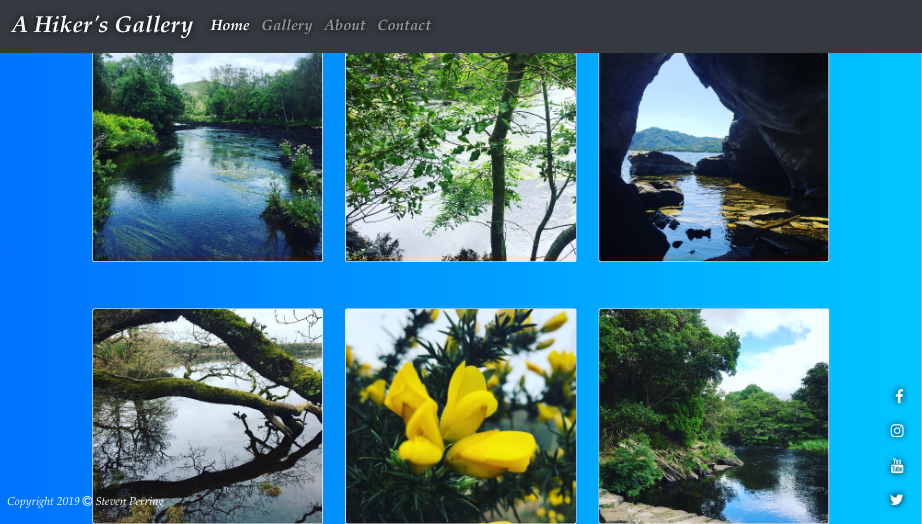
Repository: S-Perring/hiker
Page: gallery.html
The author's editor kept a record of every edit. The page is drawn from the files as they stood at one moment, then again after the next edit.
The browser window is 1280 px wide. The pictures show the whole page, at 72% of full size.
Some web fonts or font styles are not loaded; a fallback is used.

Above is the page before.

After the next edit:
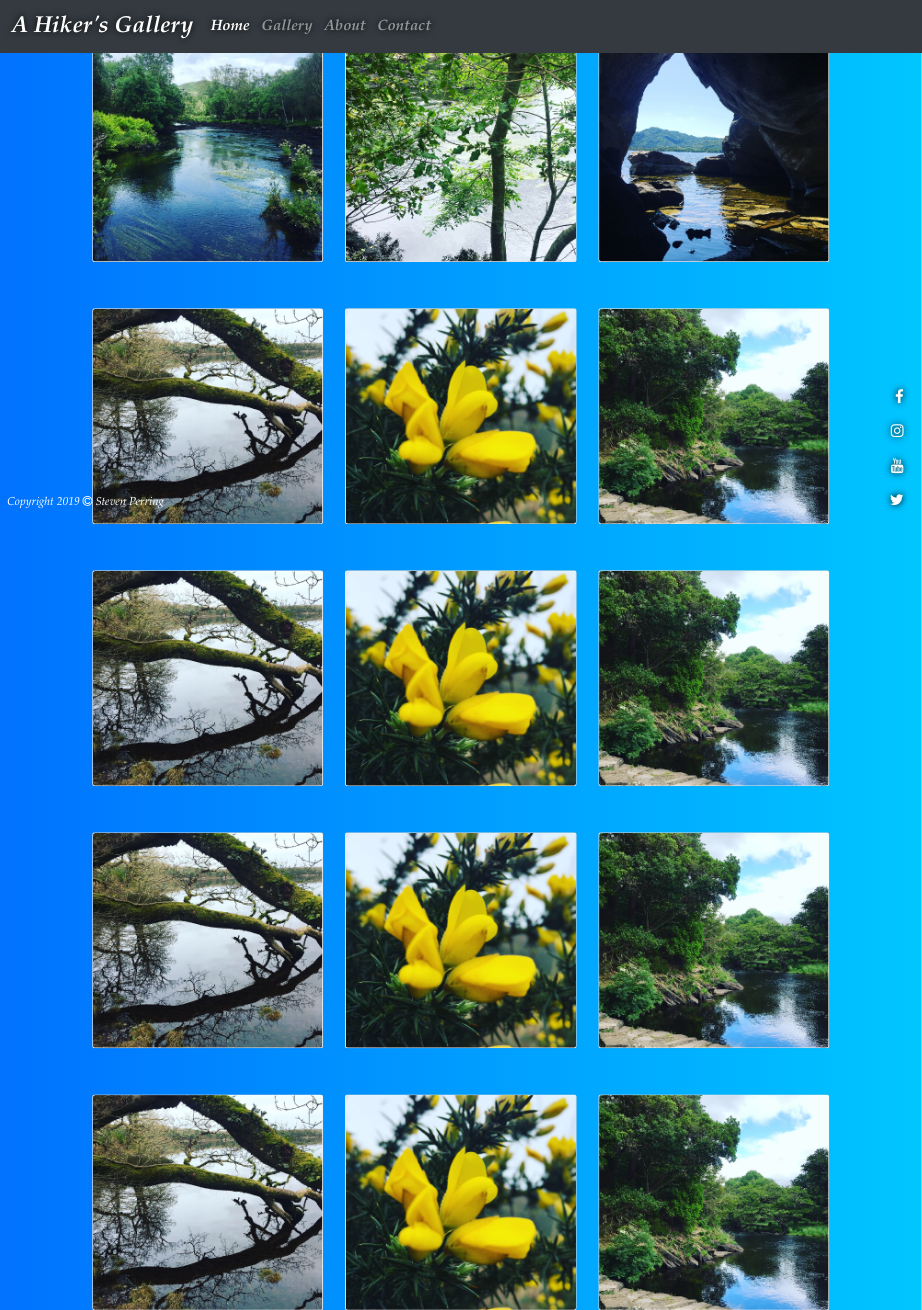
The edit:
--- a/gallery.html
+++ b/gallery.html
@@ -86,6 +86,73 @@
                     </div>
 
 
+                                    <div class="container-gallery">
+
+                <div class="card-deck">
+
+                    <div class="card">
+                        <img src="css/images/4.JPG" class="card-img-top"
+                            alt="Lighthouse on top of a cliff at sunset">
+                        </div>
+
+                    <div class="card">
+                        <img src="css/images/7.JPG" class="card-img-top"
+                            alt="Cliffs by the sea at sunset with a bright moon">
+                        </div>
+
+
+                    <div class="card">
+                        <img src="css/images/6.JPG" class="card-img-top"
+                            alt="A tree with no leaves at the side of a lake">
+                        </div>
+                      </div>
+                    </div>
+
+                                    <div class="container-gallery">
+
+                <div class="card-deck">
+
+                    <div class="card">
+                        <img src="css/images/4.JPG" class="card-img-top"
+                            alt="Lighthouse on top of a cliff at sunset">
+                        </div>
+
+                    <div class="card">
+                        <img src="css/images/7.JPG" class="card-img-top"
+                            alt="Cliffs by the sea at sunset with a bright moon">
+                        </div>
+
+
+                    <div class="card">
+                        <img src="css/images/6.JPG" class="card-img-top"
+                            alt="A tree with no leaves at the side of a lake">
+                        </div>
+                      </div>
+                    </div>
+
+                                    <div class="container-gallery">
+
+                <div class="card-deck">
+
+                    <div class="card">
+                        <img src="css/images/4.JPG" class="card-img-top"
+                            alt="Lighthouse on top of a cliff at sunset">
+                        </div>
+
+                    <div class="card">
+                        <img src="css/images/7.JPG" class="card-img-top"
+                            alt="Cliffs by the sea at sunset with a bright moon">
+                        </div>
+
+
+                    <div class="card">
+                        <img src="css/images/6.JPG" class="card-img-top"
+                            alt="A tree with no leaves at the side of a lake">
+                        </div>
+                      </div>
+                    </div>
+
+
 
      </section>
 
